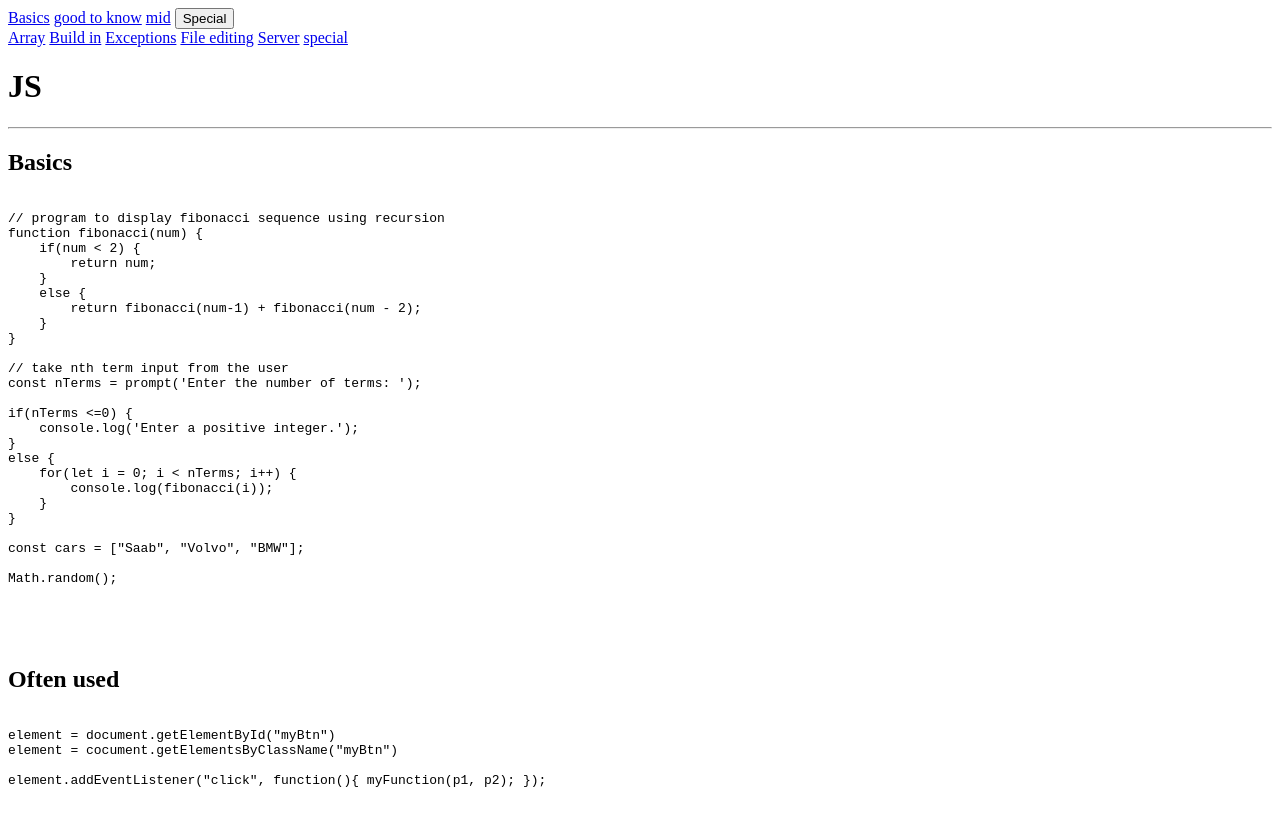
Repository: Max-Rohrhirsch/Max-Rohrhirsch.github.io
Page: documentation/languages/js.html
An editor plug-in stored every save of this project. The page is shown before and after a run of saves, followed by the edit.
The browser window is 1280 px wide. The pictures show the whole page.

Above is the page before, as saved 2023-10-06 23:33:38.

After the next 2 saves:
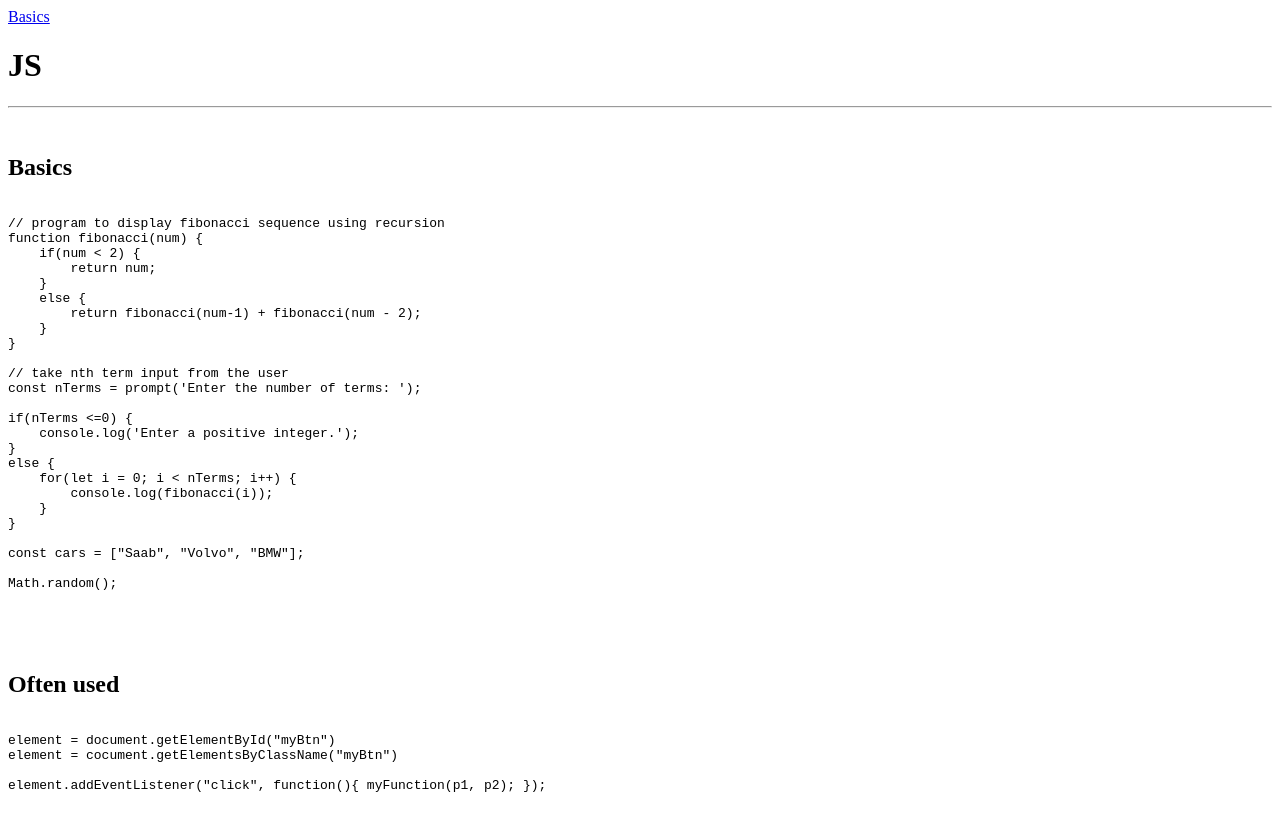
The 2 saves are shown as one change because they came seconds apart.
The last was saved 13 s later.
--- a/documentation/languages/js.html
+++ b/documentation/languages/js.html
@@ -3,26 +3,13 @@
 
         <!-- ------ SIDE NAVIGATION BAR ----- -->
         <div class="sidenav">
-            <a href="/documentation/languages/js/js.html">Basics</a>
-            <a href="/documentation/languages/js/know.html">good to know</a>
-            <a href="/documentation/languages/js/mid.html">mid</a>
-            <button class="dropdown-btn">Special
-                <i class="fa fa-caret-down"></i>
-            </button>
-            <div class="dropdown-container">
-                <a href="/documentation/languages/js/array.html">Array</a>
-                <a href="/documentation/languages/js/build.html">Build in</a>
-                <a href="/documentation/languages/js/exception.html">Exceptions</a>
-                <a href="/documentation/languages/js/file.html">File editing</a>
-                <a href="/documentation/languages/js/file.html">Server</a>
-                <a href="/documentation/languages/js/special.html">special</a>
-            </div>
+            <a href="/documentation/languages/js.html">Basics</a>
         </div>
 
         <!-- ------ MAIN CONTENT ----- -->
         <div class="main">
             <h1>JS</h1>
-            <hr>
+            <hr><br>
 
             <h2>Basics</h2>
             <pre>
